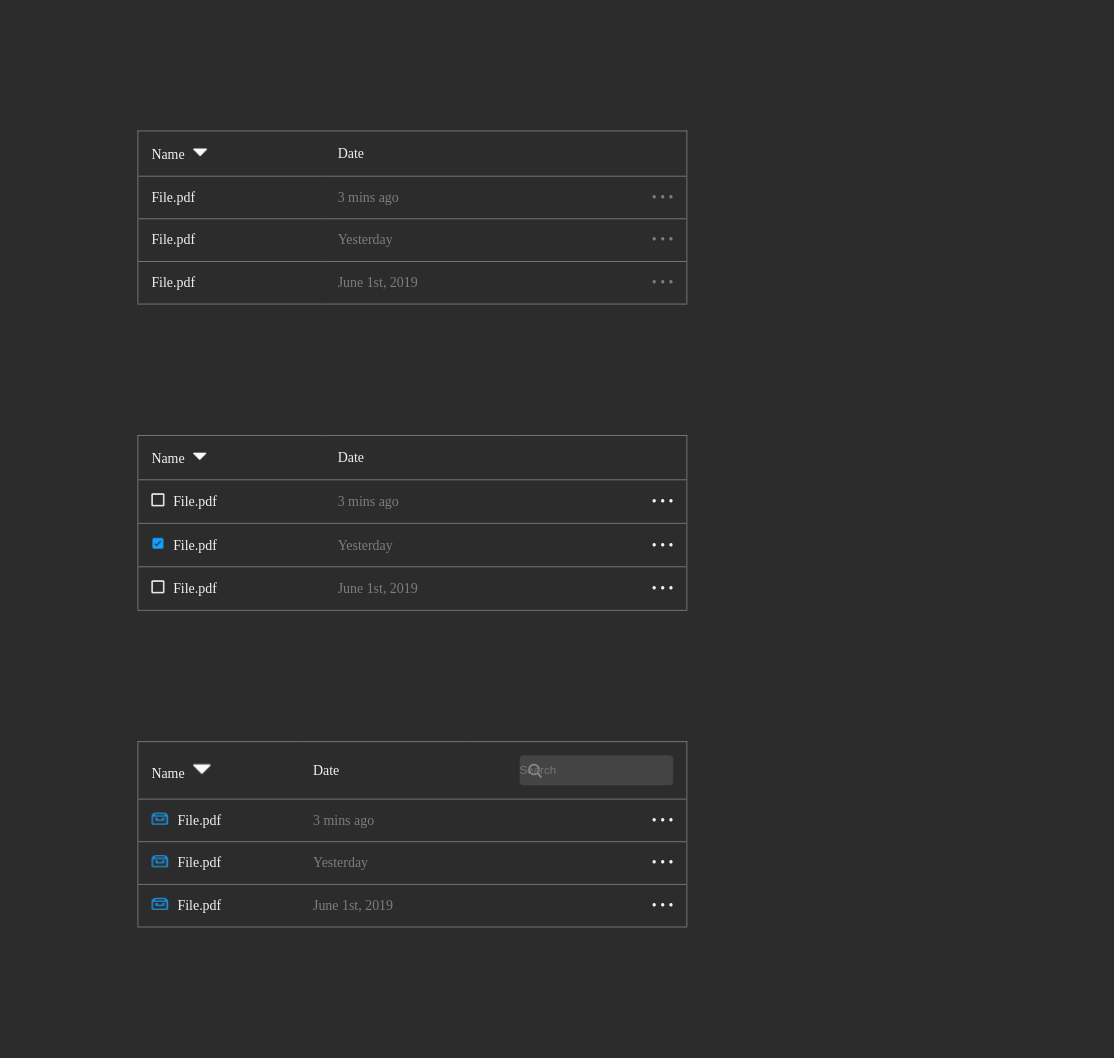
Repository: batonAnton/Hw5-table
Page: index.html
An editor plug-in stored every save of this project. The page is shown before and after the next save, followed by the edit.
The browser window is 1280 px wide. The pictures show the whole page, at 87% of full size.

Above is the page before, as saved 2022-06-14 12:15:09.

After the next save:
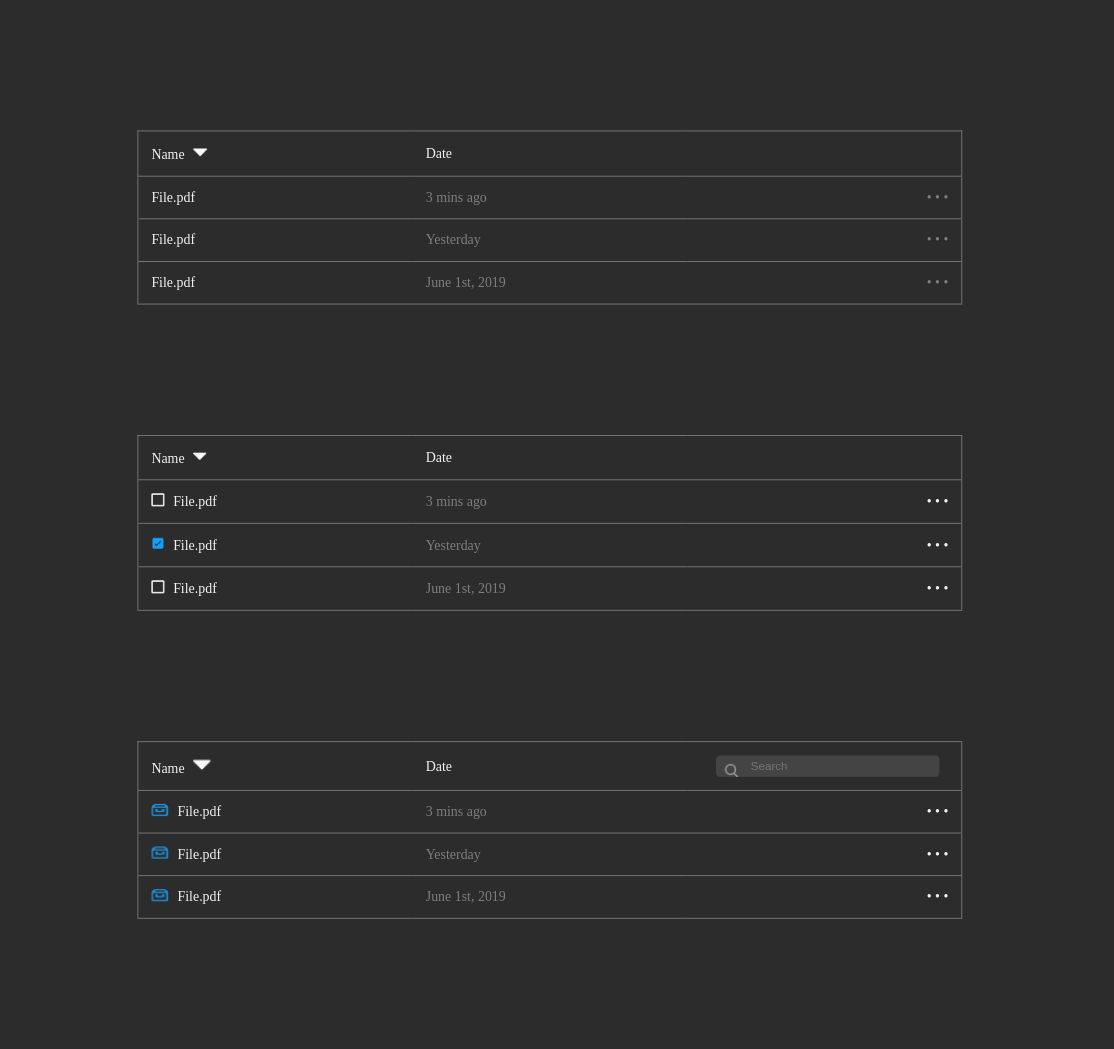
Saved 11 min 29 s later.
--- a/css/style.css
+++ b/css/style.css
@@ -6,7 +6,7 @@ body {
 table {
   border: 1px solid rgb(125, 125, 125);
   margin: 150px;
-  width: 50%;
+  width: 75%;
   border-collapse: collapse;
   border-spacing: 0;
 }
@@ -57,7 +57,9 @@ input {
   background-image: url("/image/search.png");
   background-position: 10px 10px;
   background-repeat: no-repeat;
-  /* padding: 12px 20px 12px 40px; */
-  padding: 0;
-  height: 35px;
+  padding: 12px 20px 12px 40px;
+    margin-right: 10px;
+    height: 25px;
+    padding-left: -26px;
+    width: 257px;
 }
